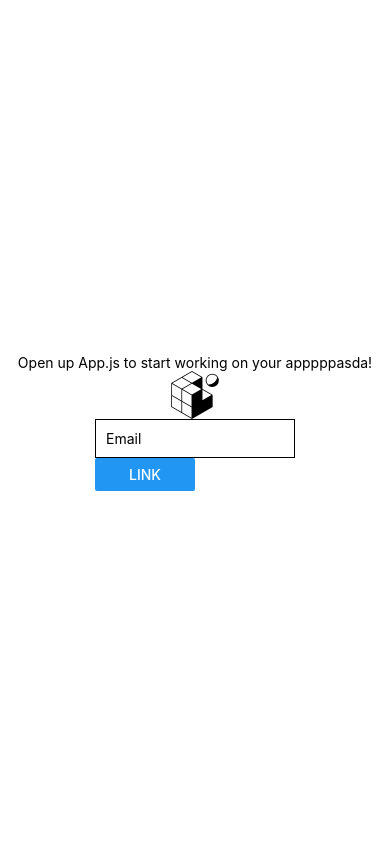
Repository: ntu34543/ReactNativeAndroid
Screen: /
The author's editor kept a copy of each file at every save. The screen is drawn from the files as they stood at one save, then again after a run of saves.
The app was drawn by React Native's web renderer in a window 390 px wide. The project was rebuilt for these pictures with package versions that can differ from the ones it lists, and the page was loaded fresh each time.

Above is the screen before, as saved 2022-09-23 16:33:26.

After the next 2 saves:
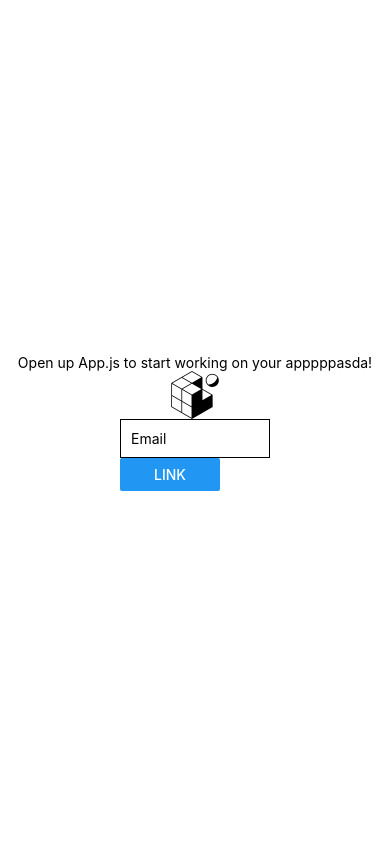
The 2 saves are shown as one change because they came seconds apart.
The last was saved 24 s later.
--- a/App.js
+++ b/App.js
@@ -33,7 +33,7 @@ const styles = StyleSheet.create({
     padding: 10,
     borderWidth: 1,
     borderColor: "black",
-    width: 200,
+    width: 150,
   },
   btn: {
     width: 100,
